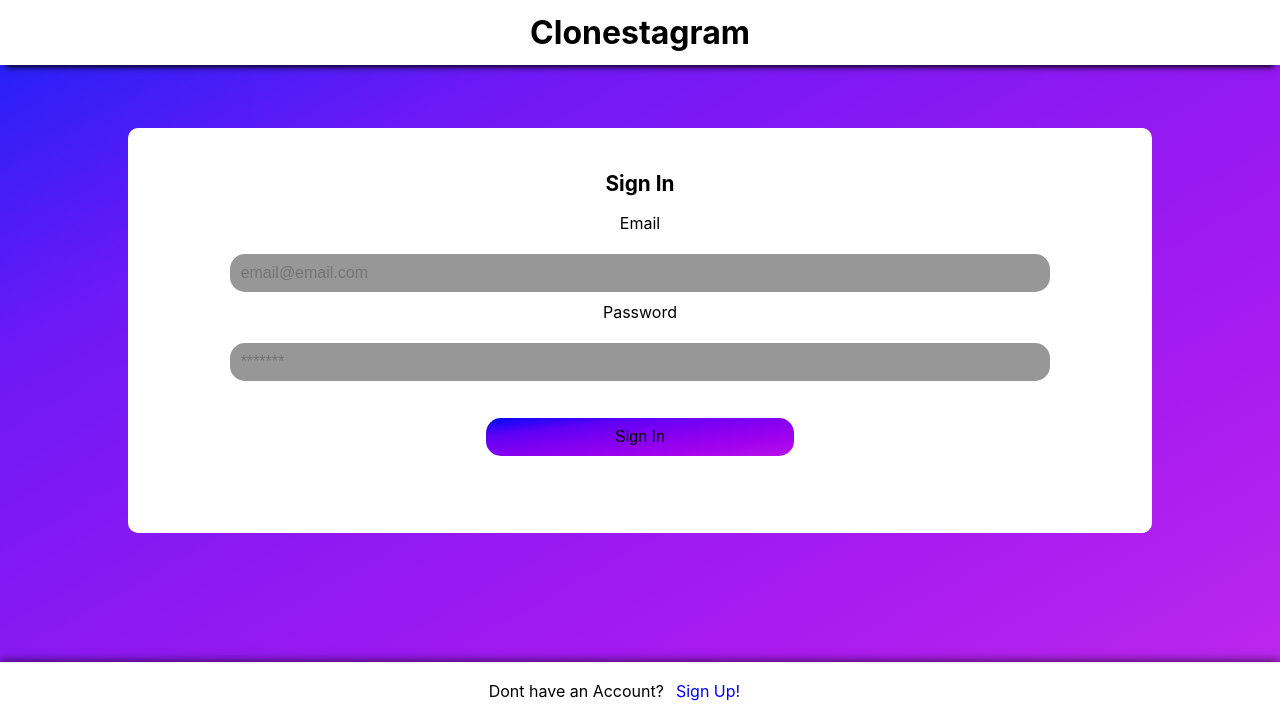
Repository: MikeMoore55/clonestagram
Page: /signin
The author's editor kept a copy of each file at every save. The page is drawn from the files as they stood at one save, then again after the next save.
The browser window is 1280 px wide. The pictures show the whole page.
The page's requests for data from a server got no answer. The project was rebuilt for these pictures with package versions that can differ from the ones it lists, and the page was loaded fresh each time. The framework's server and built-in components were replaced by stand-ins that run in the browser. No one was signed in, and anything a server would have sent is missing. Also part of the build but not shown: next.config.js.

Above is the page before, as saved 2022-11-18 09:03:16.

### pages/_app.jsx
import Layout from '../components/Layout/Layout';
import '../styles/globals.css';

export default function MyApp({ Component, pageProps }) {
  return (
    <Layout>
      <Component {...pageProps} />
    </Layout>
  );
};

### pages/signin.jsx
import React from 'react';
import { SupaBaseDB } from '../utils/dbconnect';
import SignInForm from '../components/Auth/SignInForm';

export default function signin({accounts}) {
  return (
    <div>
      <SignInForm accounts={accounts} />
    </div>
  );
};

export const getStaticProps = async () => {
    const accounts = await SupaBaseDB
      .from("account")
      .select('*')

    const userAccounts = accounts.data;

    return {
        props: {
            accounts: userAccounts
        }
    };
};

### components/Layout/Layout.jsx
import React from 'react';
import Header from './Header';

export default function Layout({children}) {
  return (
    <div id='Layout'>
      <Header />
      {children}
    </div>
  );
};

### styles/globals.css
html,
body {
  padding: 0;
  margin: 0;
  font-family: -apple-system, BlinkMacSystemFont, Segoe UI, Roboto, Oxygen,
    Ubuntu, Cantarell, Fira Sans, Droid Sans, Helvetica Neue, sans-serif;
}

a {
  color: inherit;
  text-decoration: none;
}

* {
  box-sizing: border-box;
}

@media (prefers-color-scheme: dark) {
  html {
    color-scheme: dark;
  }

  body {
    color: black;
    background: rgb(234, 233, 233);
  }
}

### utils/dbconnect.js
import { createClient } from "@supabase/supabase-js";

const supabaseUrl = process.env.NEXT_PUBLIC_SUPABASE_URL;
const supabaseApi = process.env.NEXT_PUBLIC_SUPABASE_API_KEY;

export const SupaBaseDB = createClient(supabaseUrl, supabaseApi);

### components/Auth/SignInForm.jsx
import React,{useState} from 'react';
import Link from 'next/link';
import { useRouter } from 'next/router';
import { useCookies } from 'react-cookie';
import styles from '../../styles/SignIn.module.css';

export default function SignInForm({accounts}) {

    const allAccounts = accounts;

    const router = useRouter();

    const [email, setEmail] = useState('');
    const [password, setPassword] = useState('');
    const [errmsg, setErrmsg] = useState('');

    const [cookie, setCookie] = useCookies(["user"]);

    const handleSignIn = async (event) => {

        if (email === '' && password === '') {
            event.preventDefault();
            setErrmsg('Fields cannot be left blank');
        }
        else {

            event.preventDefault();

            // make sure that the input email matched any of those within the db (accounts)
            var indexNr = -1;
            for(var i=0; i < allAccounts.length; i++) {
                if(allAccounts[i].email == email) {
                indexNr = i;
                break;
                }
            }

            //get user account if email exists in accounts in db
            const account = allAccounts[indexNr]


            if (password !== account.password) {
                setErrmsg('password is incorrect, try again');
            }
            else {
                //have the user id set as cookie to be used across the application
                setCookie("user", account.id, {
                path: "/",
                maxAge: 1800,
                sameSite: true,
                });
                setErrmsg('');
                router
                .push({
                    pathname: '/feed', // when successful take to the feed page
                })
            };
        };
    };

    return (
        <div className={styles.container}>

            <form onSubmit={handleSignIn} className={styles.signInForm}>

                <h2 className={styles.heading}>
                    Sign In
                </h2>

                <label className={styles.label}>
                    Email
                </label>
                <input
                className={styles.input}
                type='email'
                value={email}
                onChange={(e) => setEmail(e.target.value)}
                placeholder="email@email.com" />

                <label className={styles.label}>
                    Password
                </label>
                <input
                className={styles.input}
                type='password'
                value={password}
                onChange={(e) => setPassword(e.target.value)}
                placeholder="*******" />

                <p className={styles.errMsg}>
                    {errmsg}
                </p>

                <button className={styles.btn} type='submit'>
                    Sign In
                </button>

            </form>

            <div className={styles.backgroundFeature}>
                1
            </div>

            <div className={styles.signUpSection}>
                Dont have an Account?
                <span className={styles.signUpText}>
                    <Link href='/signup'>
                        Sign Up!
                    </Link>
                </span>
            </div>

        </div>
    );
};

### components/Layout/Header.jsx
import React from 'react';
import styles from '../../styles/Header.module.css';

export default function Header() {
    return (
        <header className={styles.header}>
            <h1>Clonestagram</h1>
        </header>
    );
};

### styles/SignIn.module.css
.container {
    position: relative;
    padding-top: 30%;
}

.signInForm {
    position: relative;
    padding: 2% 0% 3% 0%;
    width: 80%;
    margin: 3% 10% 5% 10%;
    text-align: center;
    background-color: white;
    border-radius: 10px;
}

.heading {
    position: relative;
    text-align: center;
    font-size: 1.6em;
}

.label {
    position: relative;
    text-align: center;
    font-size: 1.1em;

}

.input {
    position: relative;
    margin: 5% 10% 5% 10%;
    width: 80%;
    background-color: rgb(151, 151, 151);
    border: none;
    border-radius: 10px;
    font-size: 1em;
    padding: 1%;
    color: gray;
    color: black;
}

.input:active {
    border: 1px blue solid;
    transform: scale(1.1);
}

.input:hover {
    border: 1px blue solid;
    transform: scale(1.1);
}

.errMsg {
    position: relative;
    color: red;
}

.btn {
    position: relative;
    border: none;
    background-image: linear-gradient(to right bottom, #000bf8, #5e00f5, #8300f1, #a002ee, #b812eb);
    border-radius: 10px;
    padding: 2% 2% 2% 2%;
    width: 40%;
    margin: 1% 30% 1% 30%;
    font-size: 1em;
}

.btn:active {
    transform: scale((0.9));
}

.backgroundFeature {
    position: fixed;
    color: transparent;
    background-image: linear-gradient(to right bottom, #000bf8, #5e00f5, #8300f1, #a002ee, #b812eb);
    width: 100%;
    height: 100%;
    bottom: 0%;
    right: 0%;
    top: 0%;
    left: 0%;
    z-index: -1;
    opacity: 0.9;
}

.signUpSection {
    position: fixed;
    width: 100%;
    bottom: 0%;
    left: 0%;
    right: 0%;
    box-shadow: 0px 0 10px rgba(0, 0, 0, 0.8);
    padding: 5% 5% 5% 5%;
    background-color: white;
    text-align: center;
}

.signUpText {
    position: relative;
    color: blue;
    margin-left: 2%;
}

@media (min-width: 490px) {
    .container {
        padding-top: 23%;
    }

    .signInForm {
        padding: 3% 0% 3% 0%;
        margin: 3% 10% 5% 10%;
    }

    .heading {
        font-size: 2.2em;
    }

    .label {
        font-size: 1.5em;
    }

    .input {
        margin: 3% 10% 4% 10%;
        font-size: 1.3em;
        padding: 1%;
        border-radius: 15px;
    }

    .errMsg {
        font-size: 1.3em;
    }

    .btn {
        margin: 1% 30% 1% 30%;
        font-size: 1.5em;
        border-radius: 15px;
    }

    .signUpSection {
        padding: 4% 5% 4% 5%;
        font-size: 1.4em;
    }

    .signUpText {
        position: relative;
        color: blue;
        margin-left: 2%;
    }
}

@media (min-width: 1000px) {
    .container {
        padding-top: 8%;
    }

    .signInForm {
        padding: 2% 0% 2% 0%;
        margin: 2% 10% 1% 10%;
    }

    .heading {
        font-size: 1.3em;
    }

    .label {
        font-size: 1em;
    }

    .input {
        margin: 2% 10% 1% 10%;
        font-size: 1em;
        padding: 1%;
    }

    .errMsg {
        font-size: 1em;
    }

    .btn {
        margin: 1% 35% 5% 35%;
        width: 30%;
        font-size: 1em;
        padding: 1% 1% 1% 1%;
    }

    .signUpSection {
        padding: 1.5% 5% 1.5% 1%;
        font-size: 1em;
    }

    .signUpText {
        position: relative;
        color: blue;
        margin-left: 1%;
    }
}

### styles/Header.module.css
.header {
    position: fixed;
    top: 0%;
    left: 0%;
    right: 0%;
    width: 100%;
    text-align: center;
    background-color: white;
    box-shadow: 0 8px 6px -6px black;
    z-index: 5;
    margin: 0%;
    padding: 3.5%;
}

.header h1 {
    margin: 0%;
    padding: 0%;
}


@media (min-width: 490px) {
    .header {
        padding: 3%;
    }

    .header h1 {
        font-size: 2.7em;
    }
}

@media (min-width: 1000px) {
    .header {
        padding: 1%;
    }

    .header h1 {
        font-size: 2em;
    }
}

After the next save:
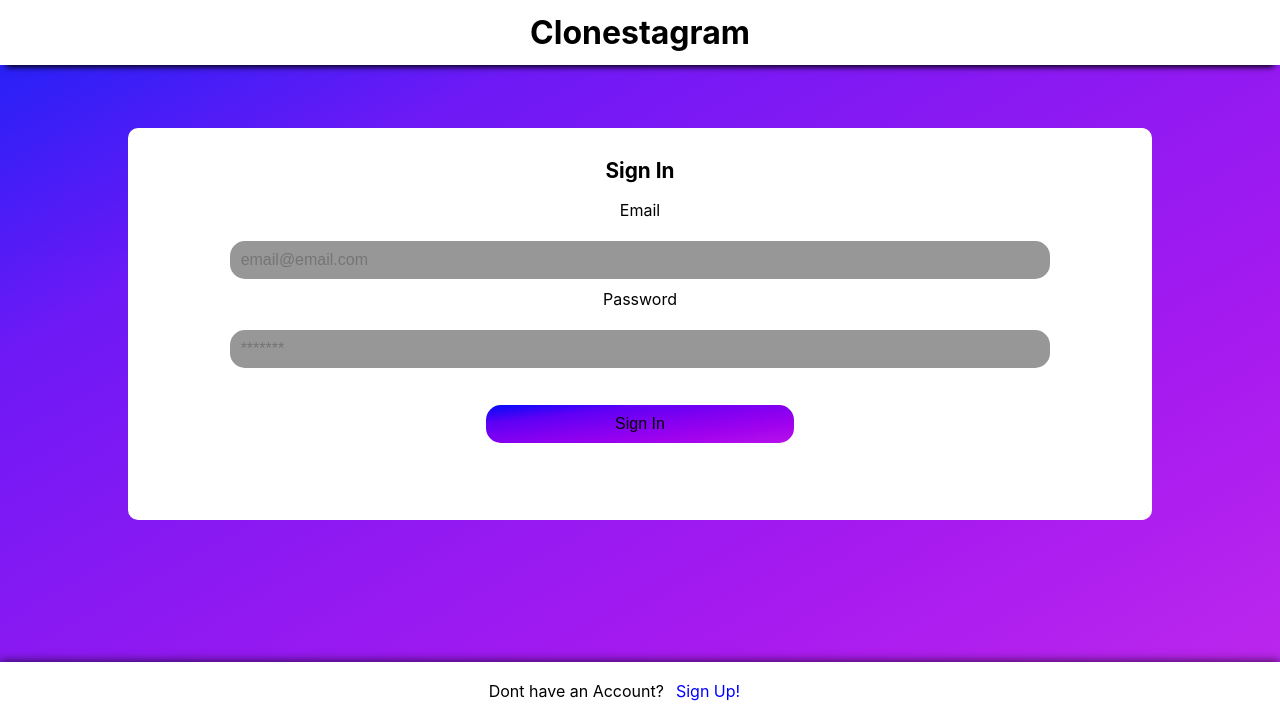
Saved 5 s later.
--- a/styles/SignIn.module.css
+++ b/styles/SignIn.module.css
@@ -154,7 +154,7 @@
     }
 
     .signInForm {
-        padding: 2% 0% 2% 0%;
+        padding: 1% 0% 2% 0%;
         margin: 2% 10% 1% 10%;
     }
 
